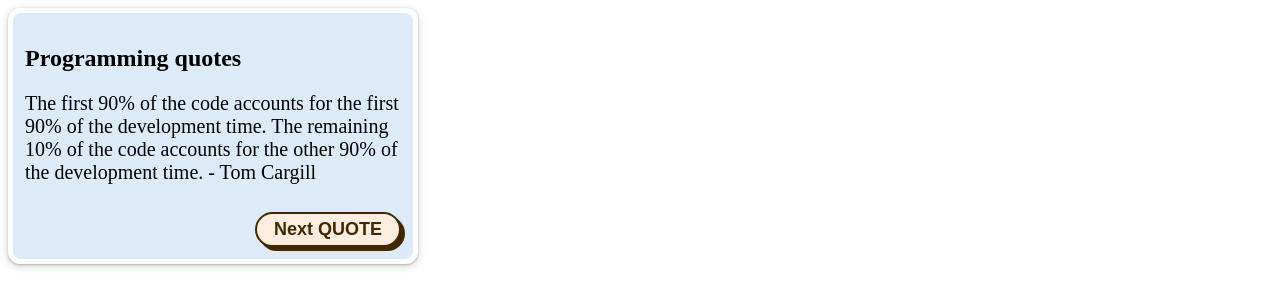
Repository: JasonMorta/programingQuotes-chromeExtension
Page: popup.html
These files come from the project's save history. The page is drawn as it stood at one moment and after the next save; the edit follows.
The browser window is 1280 px wide. The pictures show the whole page.

Above is the page before, as saved 2023-05-07 13:23:59.

After the next save:
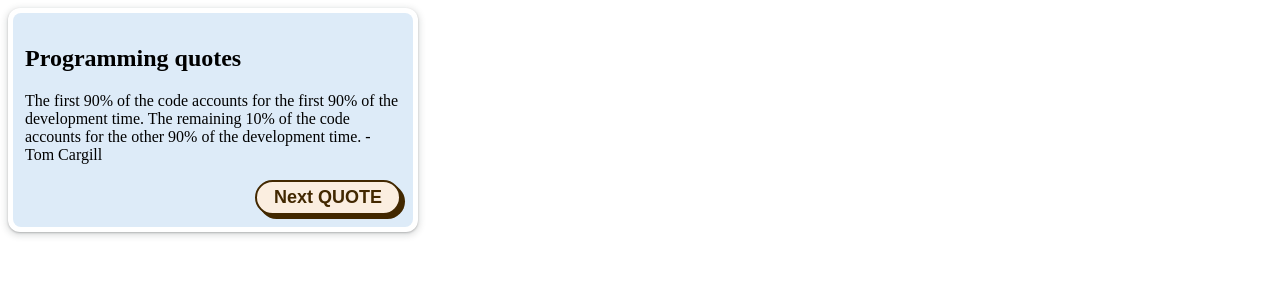
Saved 50 s later.
--- a/buttonStyle.css
+++ b/buttonStyle.css
@@ -32,8 +32,3 @@
   box-shadow: #422800 2px 2px 0 0;
   transform: translate(2px, 2px);
 }
-
-.para {
-    font-size: 20px;
-    height: 100px;
-}
